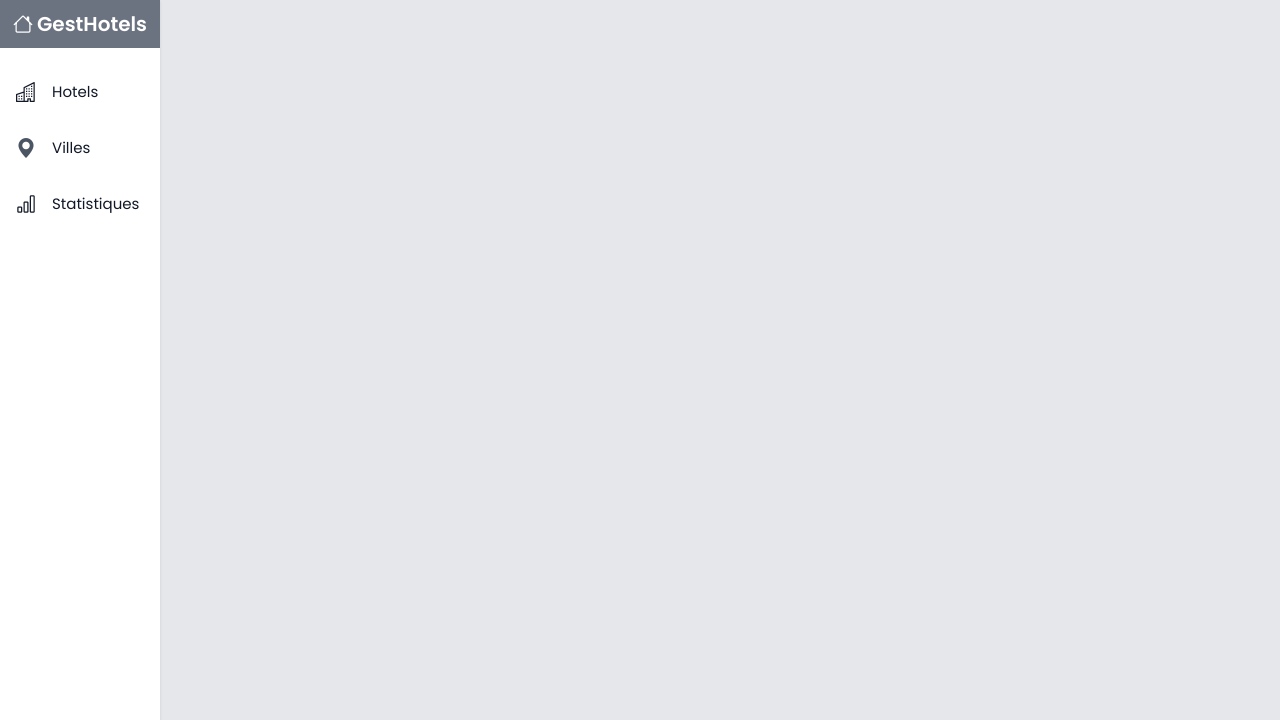
Repository: yahyamourid/GestHotelsEJB
Page: http://localhost/ISICEJBWeb/sidBar.jsp
An editor plug-in stored every save of this project. The page is shown before and after the next save, followed by the edit.
The browser window is 1280 px wide. The pictures show the whole page.
Some web libraries are served in a nearby version. The page is served by Tomcat 10. Nobody is signed in. The application's start-up code is not run.

Above is the page before, as saved 2023-12-01 16:03:54.
Console error: TypeError: Cannot read properties of null (reading 'classList')

After the next save:
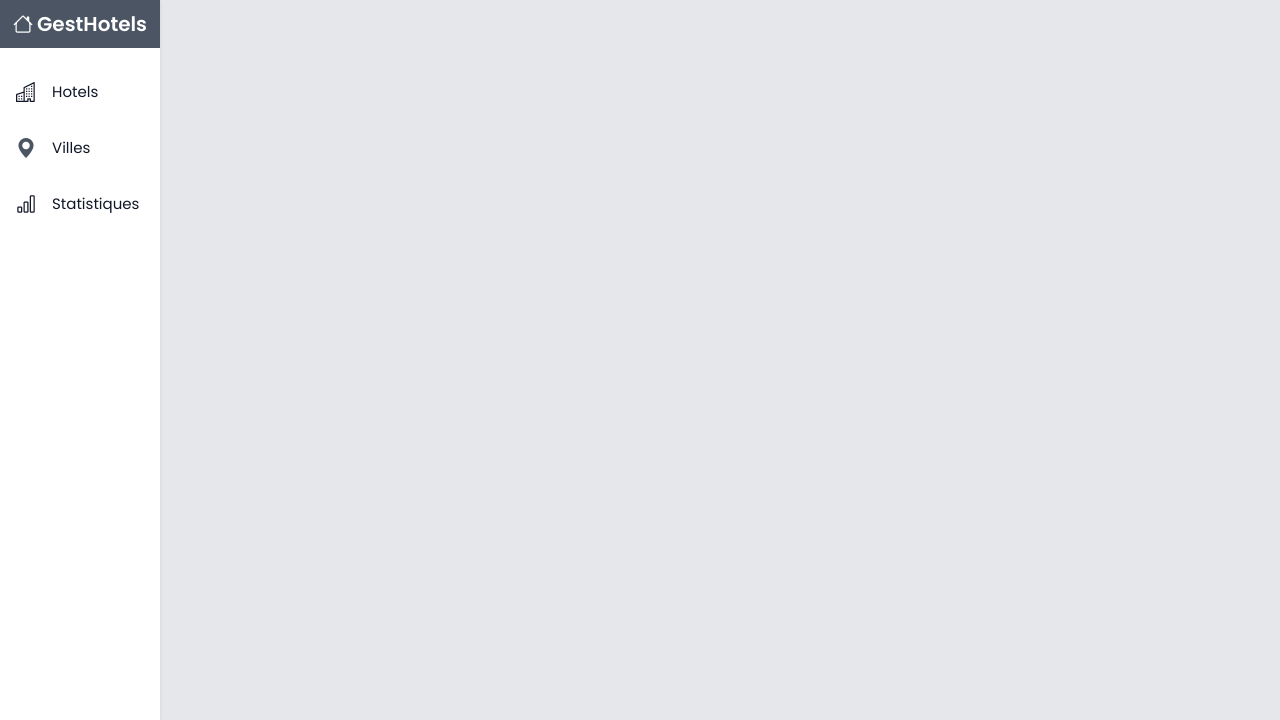
Saved 12 s later.
--- a/ISICEJBWeb/src/main/webapp/sidBar.jsp
+++ b/ISICEJBWeb/src/main/webapp/sidBar.jsp
@@ -38,7 +38,7 @@
 
 
             <div class=" text-xl">
-                <div class="p-2.5  flex justify-center items-center  mb-5 bg-gray-500 ">
+                <div class="p-2.5  flex justify-center items-center  mb-5 bg-gray-600 ">
                     <i class="bi bi-house text-white"></i>
                     <h1 class="ml-1 text-xl text-white font-semibold">GestHotels</h1>
                 </div>
